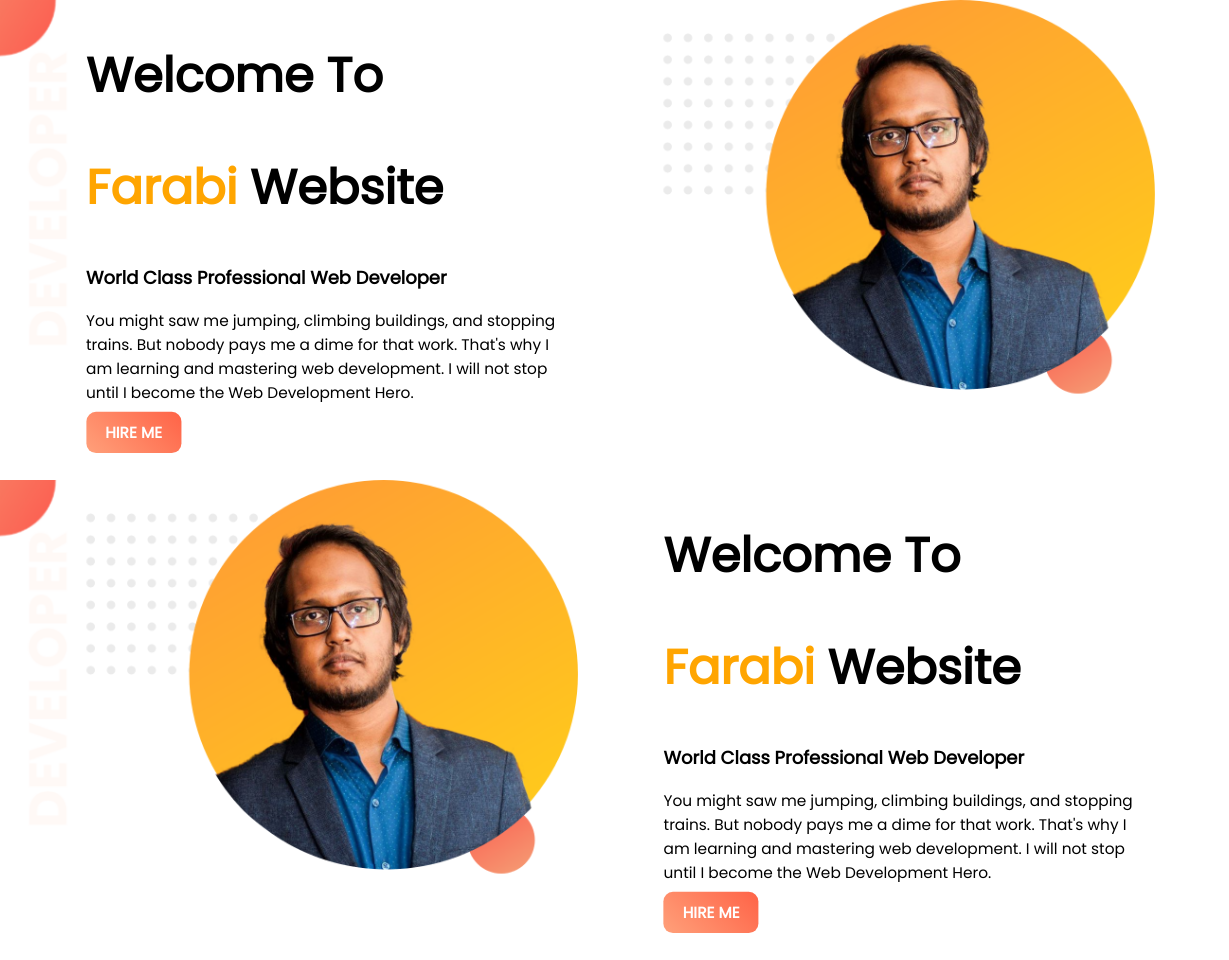
Repository: mohsinfarabi/web-portfolio
Page: index.html
The author's editor kept a copy of each file at every save. The page is drawn from the files as they stood at one save, then again after the next save.
The browser window is 1280 px wide. The pictures show the whole page, at 96% of full size.

Above is the page before, as saved 2020-06-30 23:08:59.

### index.html
<!DOCTYPE html>
<html lang="en">

<head>
    <meta charset="UTF-8">
    <meta name="viewport" content="width=device-width, initial-scale=1.0">
    <link href="https://fonts.googleapis.com/css2?family=Poppins" rel="stylesheet">
    <title>Farabi Web Developer</title>
    <link rel="stylesheet" href="style.css">
</head>

<body>
    <section class="top-banner">
        <div class="half-width">
            <h1>Welcome To</h1>
            <h1><span class="name-highlight">Farabi</span> Website</h1>
            <h3>World Class Professional Web Developer</h3>
            <p>You might saw me jumping, climbing buildings, and stopping trains. But nobody pays me a dime for that work. That's why I am learning and mastering web development. I will not stop until I become the Web Development Hero.</p>
            <a class="link-button" target="_blank" href="https://www.linkedin.com/in/mohsin-farabi-68655040/">HIRE ME</a>
        </div>
        <div class="half-width">
            <img src="images/profile1.png" alt="">
        </div>
    </section>
    <section class="dream-area">
        <div class="half-width">
            <img src="images/profile1.png" alt="">
        </div>
        <div class="half-width">
            <h1>Welcome To</h1>
            <h1><span class="name-highlight">Farabi</span> Website</h1>
            <h3>World Class Professional Web Developer</h3>
            <p>You might saw me jumping, climbing buildings, and stopping trains. But nobody pays me a dime for that work. That's why I am learning and mastering web development. I will not stop until I become the Web Development Hero.</p>
            <a class="link-button" target="_blank" href="https://www.linkedin.com/in/mohsin-farabi-68655040/">HIRE ME</a>
        </div>

    </section>
</body>

</html>

### style.css
body {
    margin: 0;
    font-family: 'Poppins', sans-serif;
}

h1 {
    font-size: 50px;
}

.name-highlight {
    color: orange;
}

.half-width {
    width: 40%;
    float: left;
    margin-left: 5%;
    padding-left: 2%;
}

.half-width img {
    width: 100%;
}

.top-banner {
    background-image: url(images/top-banner.png);
    background-repeat: no-repeat;
}

.dream-area {
    background-image: url(images/top-banner.png);
    background-repeat: no-repeat;
}

section {
    height: 500px;
}

.link-button {
    text-decoration: none;
    background-image: linear-gradient(45deg, lightSalmon, tomato);
    padding: 10px 20px;
    border-radius: 10px;
    color: white;
    font-weight: 700;
}

After the next save:
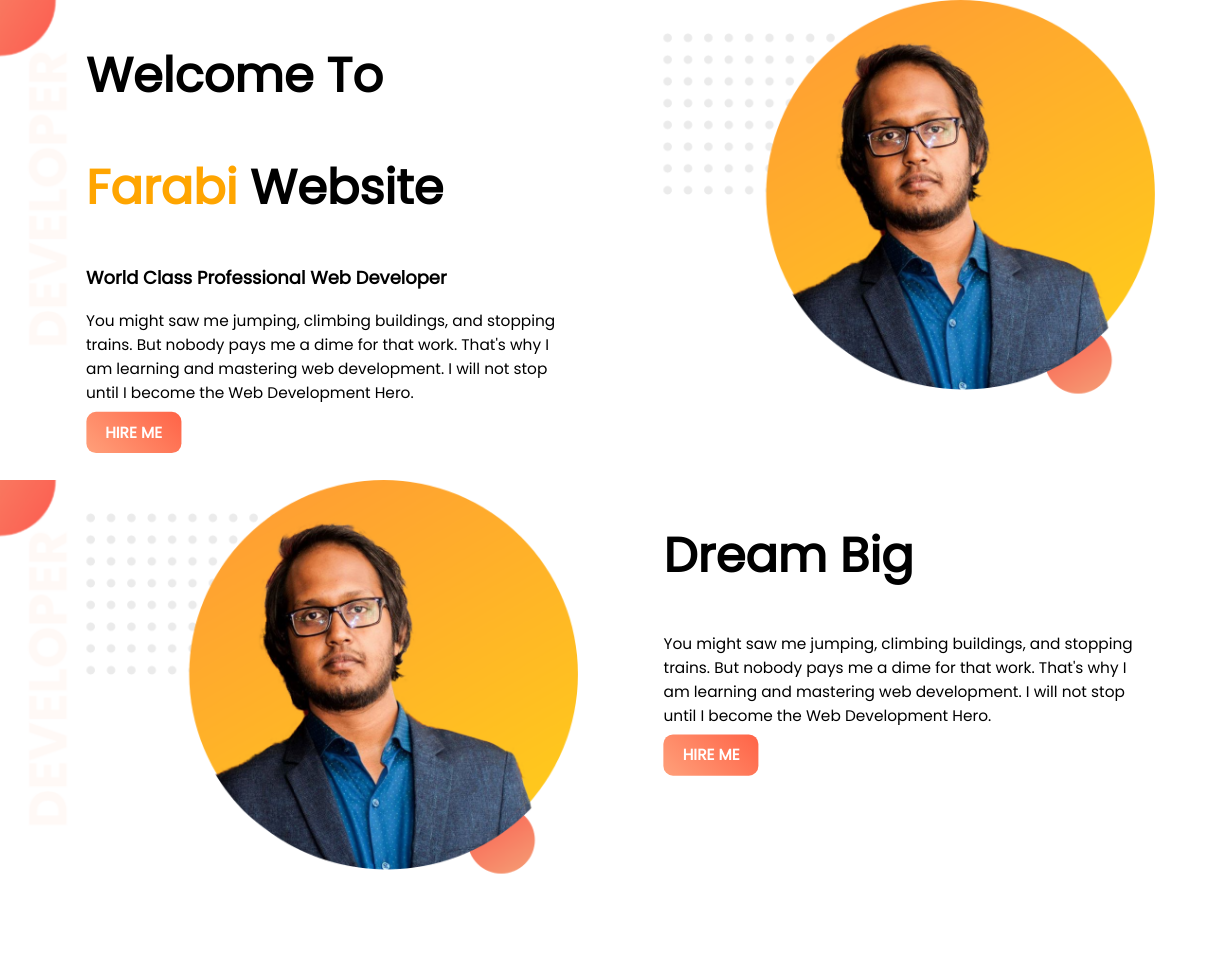
Saved 27 s later.
--- a/index.html
+++ b/index.html
@@ -27,11 +27,10 @@
             <img src="images/profile1.png" alt="">
         </div>
         <div class="half-width">
-            <h1>Welcome To</h1>
-            <h1><span class="name-highlight">Farabi</span> Website</h1>
-            <h3>World Class Professional Web Developer</h3>
-            <p>You might saw me jumping, climbing buildings, and stopping trains. But nobody pays me a dime for that work. That's why I am learning and mastering web development. I will not stop until I become the Web Development Hero.</p>
-            <a class="link-button" target="_blank" href="https://www.linkedin.com/in/mohsin-farabi-68655040/">HIRE ME</a>
+            <h1>Dream Big</h1>
+            <h3Become a web developer</h3>
+                <p>You might saw me jumping, climbing buildings, and stopping trains. But nobody pays me a dime for that work. That's why I am learning and mastering web development. I will not stop until I become the Web Development Hero.</p>
+                <a class="link-button" target="_blank" href="https://www.linkedin.com/in/mohsin-farabi-68655040/">HIRE ME</a>
         </div>
 
     </section>
